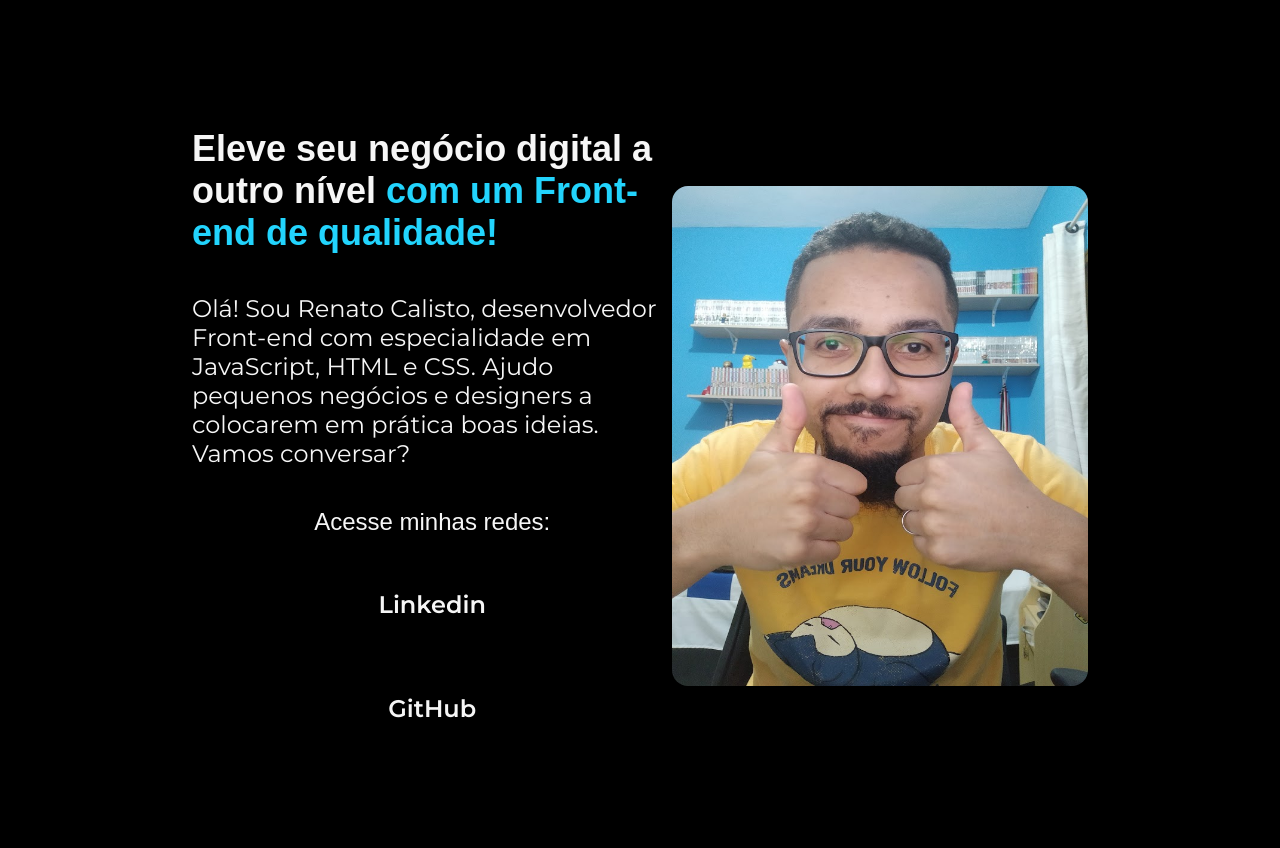
Repository: RenatoCCS/Portfolio_Alura
Page: index.html
The author's editor kept a copy of each file at every save. The page is drawn from the files as they stood at one save, then again after the next save.
The browser window is 1280 px wide. The pictures show the whole page.
Some web fonts or font styles are not loaded; a fallback is used.

Above is the page before, as saved 2023-02-27 20:44:33.

After the next save:
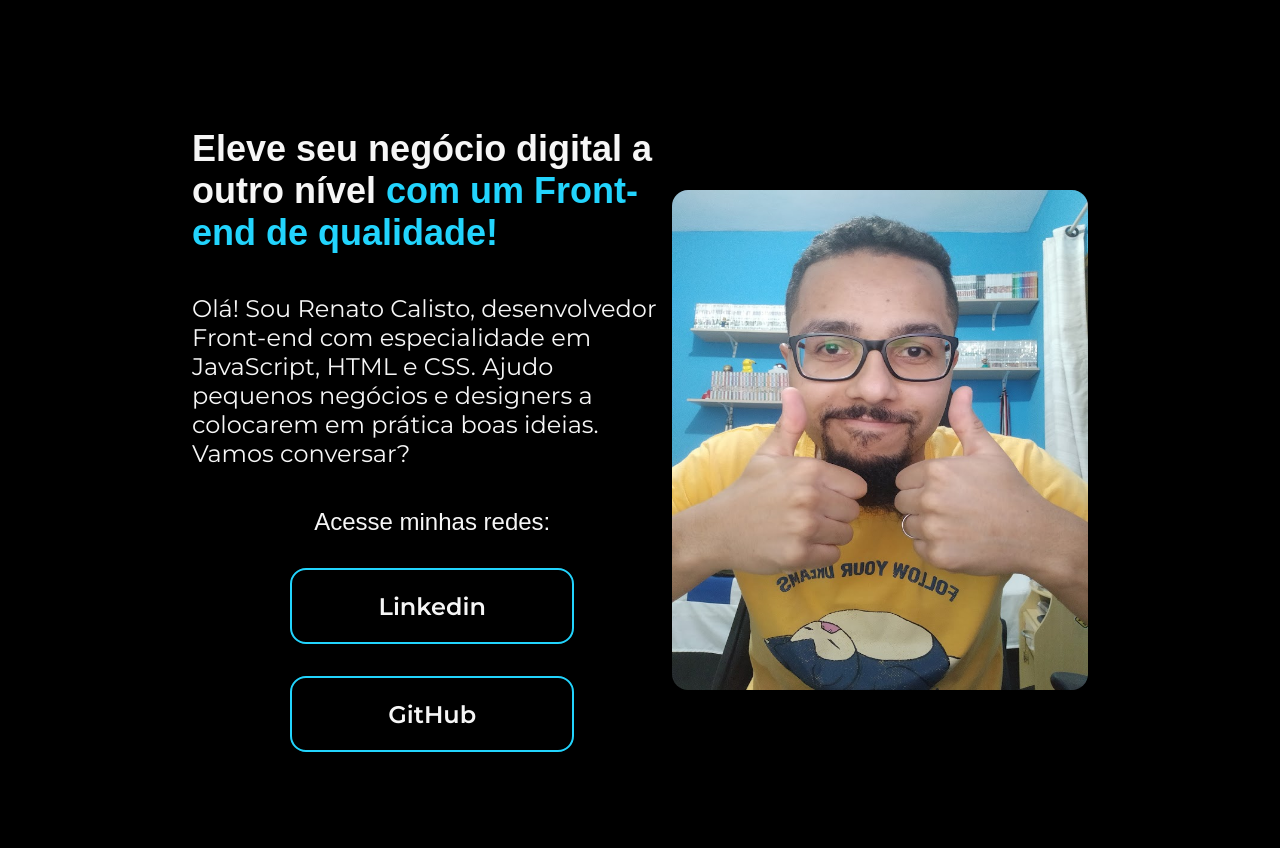
Saved 105 s later.
--- a/style.css
+++ b/style.css
@@ -56,6 +56,7 @@ body {
 
 .apresentacao__links__link {
   /* background-color: #22d4fd; foi trocado o estilo*/
+  border: 2px solid #22d4fd;
   width: 280px;
   text-align: center;
   border-radius: 16px;
